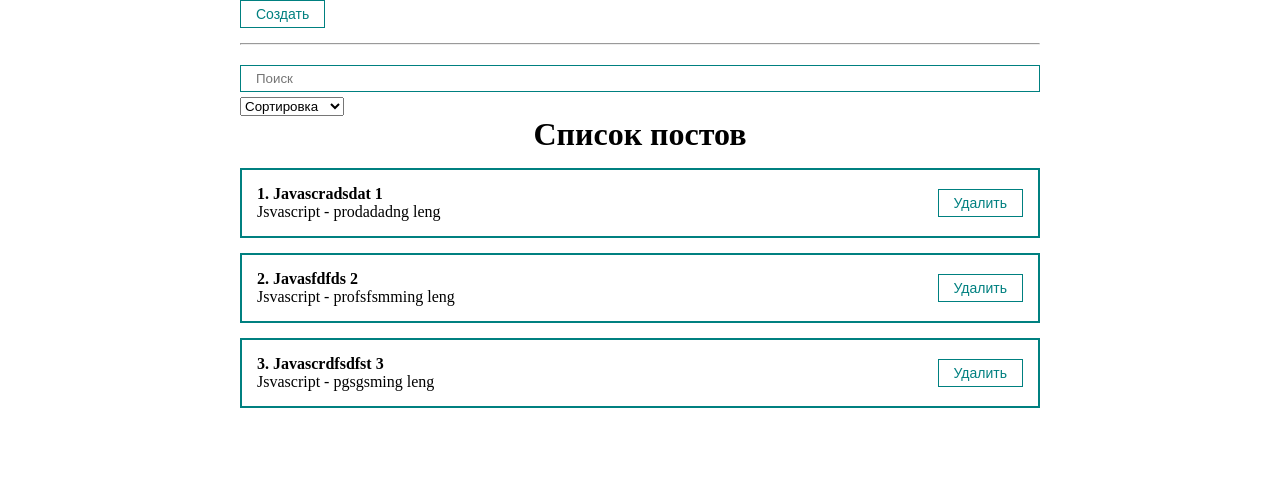
Repository: tsydikov/reactTodo
Page: /
An editor plug-in stored every save of this project. The page is shown before and after the next save, followed by the edit.
The browser window is 1280 px wide. The pictures show the whole page.
The project was rebuilt for these pictures with package versions that can differ from the ones it lists, and the page was loaded fresh each time.

Above is the page before, as saved 2021-08-29 17:55:08.

After the next save:
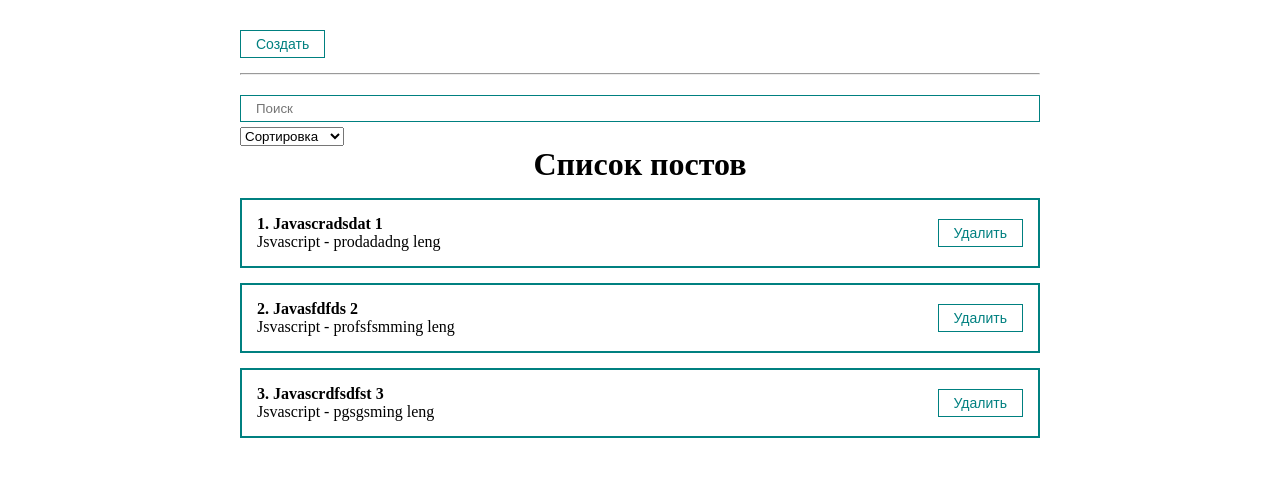
Saved 89 s later.
--- a/src/App.js
+++ b/src/App.js
@@ -37,7 +37,7 @@ function App() {
 
   return (
     <div className="App">
-      <MyButton onClick={() => setModal(true)}>
+      <MyButton style={{marginTop: 30}} onClick={() => setModal(true)}>
         Создать
       </MyButton>
       <MyModal visible={modal} setVisible={setModal}>
